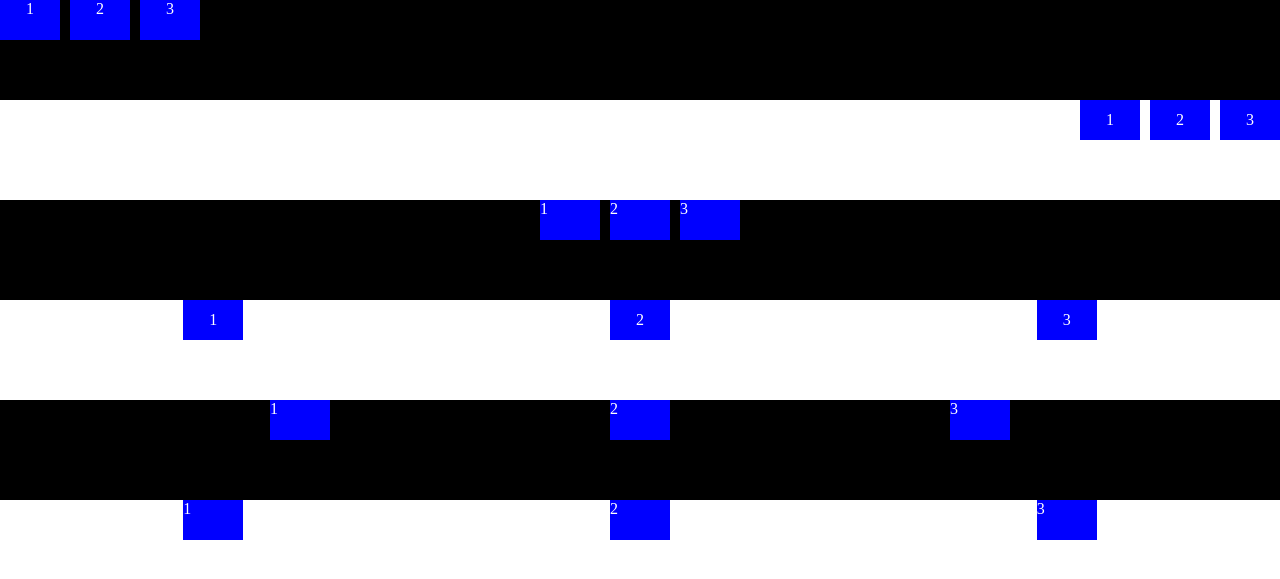
Repository: Elesion08/flexbox
Page: index.html
These files come from the project's save history. The page is drawn as it stood at one moment and after a run of saves; the edit follows.
The browser window is 1280 px wide. The pictures show the whole page.

Above is the page before, as saved 2025-04-14 11:50:09.

After the next 3 saves:
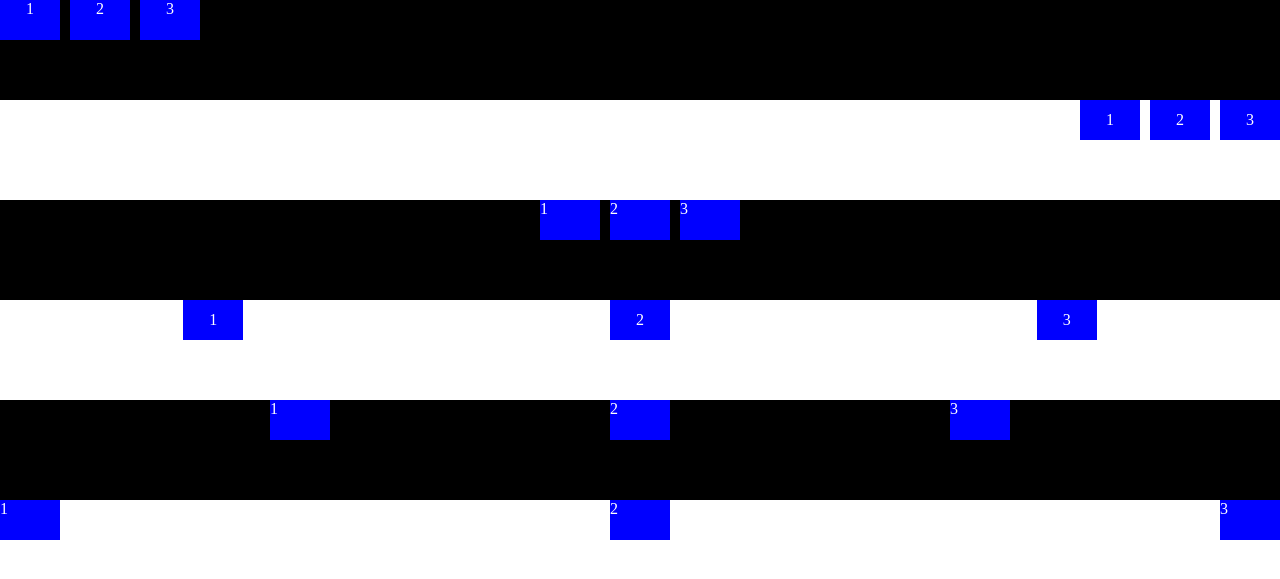
The 3 saves are shown as one change because they came seconds apart.
The last was saved 68 s later.
--- a/style.css
+++ b/style.css
@@ -109,7 +109,7 @@
 
 .container__card6 {
     display: flex;
-    justify-content: space-around;
+    justify-content: space-between;
     background-color: white;
     height: 100px;
 
